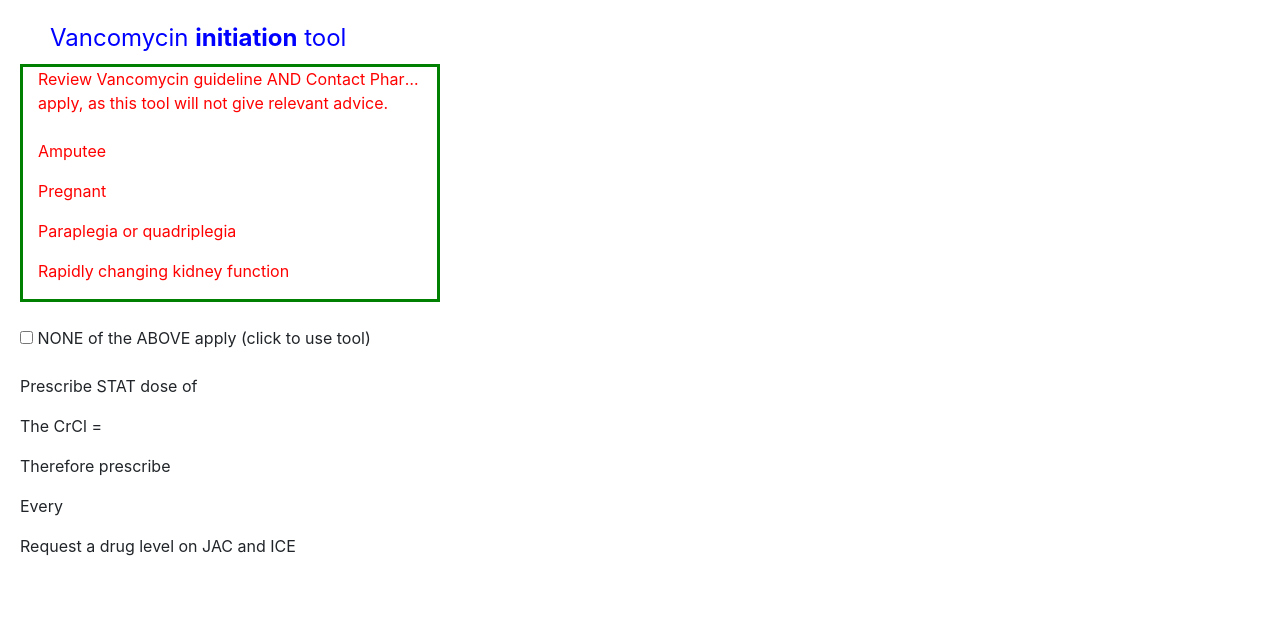
Repository: Mismiles/project-clinical-calculator
Page: index.html
The author's editor kept a record of every edit. The page is drawn from the files as they stood at one moment, then again after the next edit.
The browser window is 1280 px wide. The pictures show the whole page.

Above is the page before.

### index.html
<!doctype html>
<html lang="en">
  <head>
    <!-- Required meta tags -->
    <meta charset="utf-8">
    <meta name="viewport" content="width=device-width, initial-scale=1, shrink-to-fit=no">

    <!-- Bootstrap CSS -->
    <link rel="stylesheet" href="https://stackpath.bootstrapcdn.com/bootstrap/4.3.1/css/bootstrap.min.css" integrity="sha384-ggOyR0iXCbMQv3Xipma34MD+dH/1fQ784/j6cY/iJTQUOhcWr7x9JvoRxT2MZw1T" crossorigin="anonymous">

    <!-- Custom CSS -->
    <link href="css/stylesheet.css" rel="stylesheet">

    <title>Vancomycin calculation tool</title>

  </head>
  <body>

<form name="vanc">
<fieldset>

<!-- Form Name -->
<legend>Vancomycin <b>initiation</b> tool</legend>

<!-- Parameters -->
  <div class="col-lg-4 statement" for="parameters" style="color:red">Review Vancomycin guideline AND Contact Pharmacy if any<br> apply, as this tool will not give relevant advice.
    <br>
    <br>
    <p>Amputee</p>
    <p>Pregnant</p>
    <p>Paraplegia or quadriplegia</p>
    <p>Rapidly changing kidney function</p>
	</div>


<!-- Safe to use tool-->
	<br>
      <input type="checkbox" name="parameters" id="showform" onclick="displayForm()">
      NONE of the ABOVE apply (click to use tool)
  </div>
</div>

<section id='vancform'>
<!-- Indication-->
<br>
<div class="form-group">
  <label class="col-md-4 control-label" for="indication"><b>Indication</b></label>
  <div class="col-md-4">
  <input id="indication" name="indication" type="text" autocomplete="off" placeholder="Specify" class="form-control input-md" required="">
  </div>
</div>

<!-- Gender -->
<div class="form-group" required="">
  <label class="col-md-4 control-label" for="gender"><b>Gender</b></label>
  <div class="col-md-4">
   <div class="btn-group btn-group-toggle" data-toggle="buttons">
  <label class="btn btn-outline-primary">
    <input type="radio" name="options" id="male" autocomplete="off"> Male
  </label>
  <label class="btn btn-outline-danger">
    <input type="radio" name="options" id="female" autocomplete="off"> Female
  </label>
</div>
  </div>
</div>

<!-- Age-->
<div class="form-group">
  <label class="col-md-4 control-label" for="age"><b>Age</b></label>
  <div class="col-md-4">
  <input id="age" name="age" type="text" maxlength="3" placeholder="Age in years" autocomplete="off" class="form-control input-md" required="">
  </div>
</div>

<!-- Weight-->
<div class="form-group">
  <label class="col-md-4 control-label" for="weight"><b>Weight in kg</b></label>
  <div class="col-md-4">
  <input id="weight" name="weight" type="text" maxlength="3" placeholder="Weight in kg" autocomplete="off" class="form-control input-md" required="">
</div>
</div>

<!-- Date picker-->
<div class="form-group">
        <label class="col-md-4 control-label" for="date"><b>Date Weight Taken</b></label>
          <div class="col-md-4">
        <input id="form-control input-md date" name="date" autocomplete="off" placeholder="MM/DD/YYY" type="date"/>
          </div>
</div>

  <div class="checkbox">
    <label for="parameters-0">
      <input type="radio" name="parameters" id="overweight" value="" onclick="displayHeight()">
      Overweight (BMI &gt; 25). <span style="color:green"><i>Tick to help calculate BMI.</i></span>
    </label>
	</div>
  <div class="checkbox">
    <label for="parameters-1">
      <input type="radio" name="parameters" id="underweight" value="" onclick="displayHeight()">
      Underweight (BMI &lt; 18.5). <span style="color:green"><i>Tick to help calculate BMI.</i></span>
    </label>
	</div>
	 <div class="checkbox">
    <label for="parameters-1">
      <input type="radio" name="parameters" id="normalweight" value="" onclick="displayHeight()">
      Normal weight (BMI &gt; 18.5 and &lt; 25)
    </label>
	</div>
</div>
</div>

<br>
<!-- Height-->
<section id="heightbox">
<div class="form-group">
  <label class="col-md-4 control-label" for="height"><b>Height</b></label>
  <div class="col-md-4">
  <input id="height" name="height" type="text" maxlength="3" autocomplete="off" placeholder="Height in cm" class="form-control input-md" required>
  </div>
</div>
</section>

<!-- Creatinine-->
<div class="form-group">
  <label class="col-md-4 control-label" for="creatinine"><b>Serum Creatinine in µmol/L</b></label>
  <div class="col-md-4">
  <input id="creatinine" name="creatinine" type="text" autocomplete="off" maxlength="3" placeholder="Creatinine" class="form-control input-md" data-bind="value:replyNumber" required="">

  </div>
</div>

<!-- Button -->
<div class="form-group">
  <label class="col-md-4 control-label" for="calculate"></label>
  <div class="col-md-4">
    <script type="text/javascript" src="js/calculation.js"></script>
    <button id="calc" name="calculate" type="button" class="btn btn-primary" onclick="dose();kidneygender();" >Display dose and monitoring advice</button>
  </div>
</div>

</fieldset>
</form>
</section>

<br>
<p id="stat_dose">Prescribe STAT dose of</p>
<p id="result_g">The CrCl =</p>
<p id="output_text">Therefore prescribe</p>
<p id="output_text">Every <b></b></p>
<p id="output_text">Request a drug level on JAC and ICE</p>



<!-- Image carousel -->
  <div id="carouselExampleIndicators" class="carousel slide row" data-ride="carousel">
  <ol class="carousel-indicators">
    <li data-target="#carouselExampleIndicators" data-slide-to="0" class="active"></li>
    <li data-target="#carouselExampleIndicators" data-slide-to="1"></li>
    <li data-target="#carouselExampleIndicators" data-slide-to="2"></li>
    <li data-target="#carouselExampleIndicators" data-slide-to="3"></li>
    <li data-target="#carouselExampleIndicators" data-slide-to="4"></li>
    <li data-target="#carouselExampleIndicators" data-slide-to="5"></li>
    <li data-target="#carouselExampleIndicators" data-slide-to="6"></li>
    <li data-target="#carouselExampleIndicators" data-slide-to="7"></li>
    <li data-target="#carouselExampleIndicators" data-slide-to="8"></li>
    <li data-target="#carouselExampleIndicators" data-slide-to="9"></li>
  </ol>
  <div class="carousel-inner">
    <div class="carousel-item active">
      <img class="d-block w-60" src="images/vanc1.jpg" alt="First slide">
    </div>
    <div class="carousel-item">
      <img class="d-block w-60" src="images/app1.jpg" alt="Second slide">
    </div>
    <div class="carousel-item">
      <img class="d-block w-60" src="images/app2.jpg" alt="Third slide">
    </div>
    <div class="carousel-item">
      <img class="d-block w-60" src="images/app3.jpg" alt="Fourth slide">
    </div>
    <div class="carousel-item">
      <img class="d-block w-60" src="images/app41.jpg" alt="Fifth slide">
    </div>
    <div class="carousel-item">
      <img class="d-block w-60" src="images/app42.jpg" alt="Sixth slide">
    </div>
     <div class="carousel-item">
      <img class="d-block w-60" src="images/app43.jpg" alt="Seventh slide">
    </div>
     <div class="carousel-item">
      <img class="d-block w-60" src="images/app5.jpg" alt="Eigth slide">
     </div>
     <div class="carousel-item">
      <img class="d-block w-60" src="images/app6.jpg" alt="Ninth slide">
     </div>
  </div>

  <a class="carousel-control-prev" href="#carouselExampleIndicators" role="button" data-slide="prev">
    <span class="carousel-control-prev-icon" aria-hidden="true"></span>
    <span class="sr-only">Previous</span>
  </a>
  <a class="carousel-control-next" href="#carouselExampleIndicators" role="button" data-slide="next">
    <span class="carousel-control-next-icon" aria-hidden="true"></span>
    <span class="sr-only">Next</span>
  </a>
</div>


    <!-- jQuery first, then Popper.js, then Bootstrap JS -->
    <script src="https://code.jquery.com/jquery-3.3.1.slim.min.js" integrity="sha384-q8i/X+965DzO0rT7abK41JStQIAqVgRVzpbzo5smXKp4YfRvH+8abtTE1Pi6jizo" crossorigin="anonymous"></script>
    <script src="https://cdnjs.cloudflare.com/ajax/libs/popper.js/1.14.7/umd/popper.min.js" integrity="sha384-UO2eT0CpHqdSJQ6hJty5KVphtPhzWj9WO1clHTMGa3JDZwrnQq4sF86dIHNDz0W1" crossorigin="anonymous"></script>
    <script src="https://stackpath.bootstrapcdn.com/bootstrap/4.3.1/js/bootstrap.min.js" integrity="sha384-JjSmVgyd0p3pXB1rRibZUAYoIIy6OrQ6VrjIEaFf/nJGzIxFDsf4x0xIM+B07jRM" crossorigin="anonymous"></script>

        <!-- Calulation JavaScript Code-->
    <script type="text/javascript" href="js/calculation.js"></script>

  </body>
</html>

### css/stylesheet.css
body {
    position: relative;
    font-size: 1em;
    margin-left: 20px;
    margin-top: 20px;

}

legend {
    padding-left: 30px;
    color: blue;
}

.statement {
 border-style: solid;
 border-color: green;
 white-space: nowrap;
 width: 470px;
 overflow: hidden;
 text-overflow: ellipsis;
  }


#heightbox{
  display: none;
}

#vancform {
  display: none;
}

.carousel {
  width:740px;
  height:860px;
  display: none !important;
}

### js/calculation.js
    //declare global variables
    var age = document.forms["vanc"]["age"].value;
    var weight = document.forms["vanc"]["weight"].value;
    var height = document.forms["vanc"]["height"].value;
    var creatinine = document.forms["vanc"]["creatinine"].value;
    // var male = document.forms["vanc"]["gender"].male;
    // var female = document.forms["vanc"]["gender"].female;
    var bmi = weight/(height/100*height/100);

    console.log('connected');

    // this function displays the form when the checkbox is true
    function displayForm() {
        var checkbox = document.getElementById('showform');
        var vancform = document.getElementById('vancform');

        if (checkbox.checked) {
            vancform.style.display = 'block';
        } else {
            vancform.style.display = 'none';
        }
    }

    //this function displays the height box if under OR overweight is slected
    function displayHeight() {
        var underWeight = document.getElementById('underweight');
        var overWeight = document.getElementById('overweight');
        var heightbox = document.getElementById('heightbox')
        var normalweight = document.getElementById('normalweight')

        if (underWeight.checked) {
            heightbox.style.display = 'block';
        } else if (overWeight.checked) {
            heightbox.style.display = 'block';
        } else if (normalweight.checked) {
            heightbox.style.display = 'none';
        }
    }


        // Initial dose calculation
        var vDose;

        function dose() {
            //get the input

            if (isNaN(weight)) {
                outputText = "<em>Weight</em>must be a number!";
            } else if (weight < 40) {
                vDose = 750;
            } else if (weight >=40 && weight<= 59) {
                vDose = 1000;
            } else if (weight >=60 && weight<= 90) {
                vDose = 1500;
            } else if (weight >59) {
                vDose = 2000;
            }
            document.getElementById("output_text").innerHTML = vDose;
        }


        // Crcl without gender or creatinine adjustment
        var outputText;

        function CrCl0() {
            // male = document.getElementById("gender").value = "M";
            // female = document.getElementById("gender").value = "F";

            // validate age, weight, creatinie
            if (age < 18) {
                outputText = "<em>Age</em> cannot equal less than 18!";
            } else if (isNaN(age)) {
                outputText = "<em>Age</em> must be a number!";
            } else if (isNaN(weight)) {
                outputText = "<em>Weight</em> must be a number!";
            } else if (isNaN(creatinine)) {
                outputText = "<em>Creatinine</em> must be a number!";
            } else {
                var CrCl0 = ((140-age)*weight);
            }

            // output the result (or errors)
            document.getElementById("output_text").innerHTML = outputText;
        }

        // CrCl with gender adjustment
        function kidneygender(){
        var resultG;
            if (male){
                resultG = CrCl0 *1.23;
            } else{
                resultG = CrCl0 *1.04;
            }


        // CrCl with creatinine
        function CrCl(){
        var creatinine = document.forms["vanc"]["creatine"].value;
        var CrCl = resultG/creatinine;
        }


        //Calculate of BMI
        function bmi() {
            var bmi = weight/(height/100*height/100)
        }

        //If overweight, calculate IBW
        function overWeight () {
            if (bmi > 25 && male) {
                 50+(0.91*(height-152.4));
            }
            else if (bmi > 25) {
                 45+(0.91*(height-152.4));
            }
        }

        //

        //If Underweight, adjust CrCl
        function underweight(){
            var underweight;
            underweight = CrCl*0.69;
        }
    }

After the next edit:
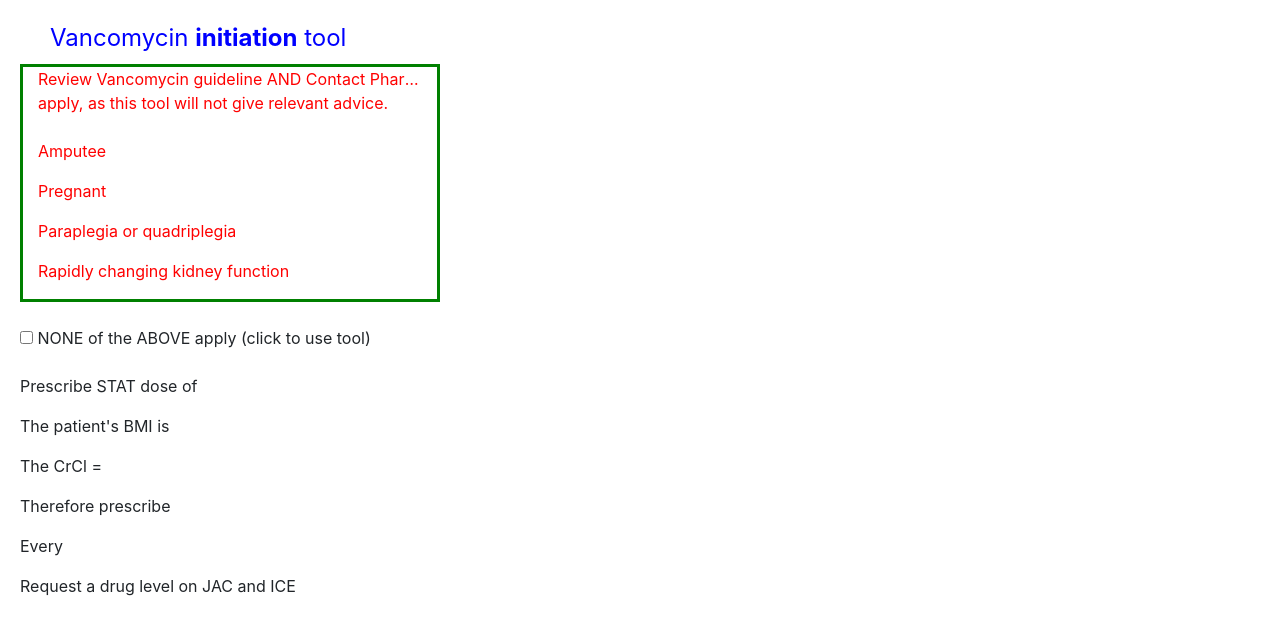
The edit:
--- a/index.html
+++ b/index.html
@@ -145,6 +145,7 @@
 
 <br>
 <p id="stat_dose">Prescribe STAT dose of</p>
+<p id="bmi_calc">The patient's BMI is</p>
 <p id="result_g">The CrCl =</p>
 <p id="output_text">Therefore prescribe</p>
 <p id="output_text">Every <b></b></p>
